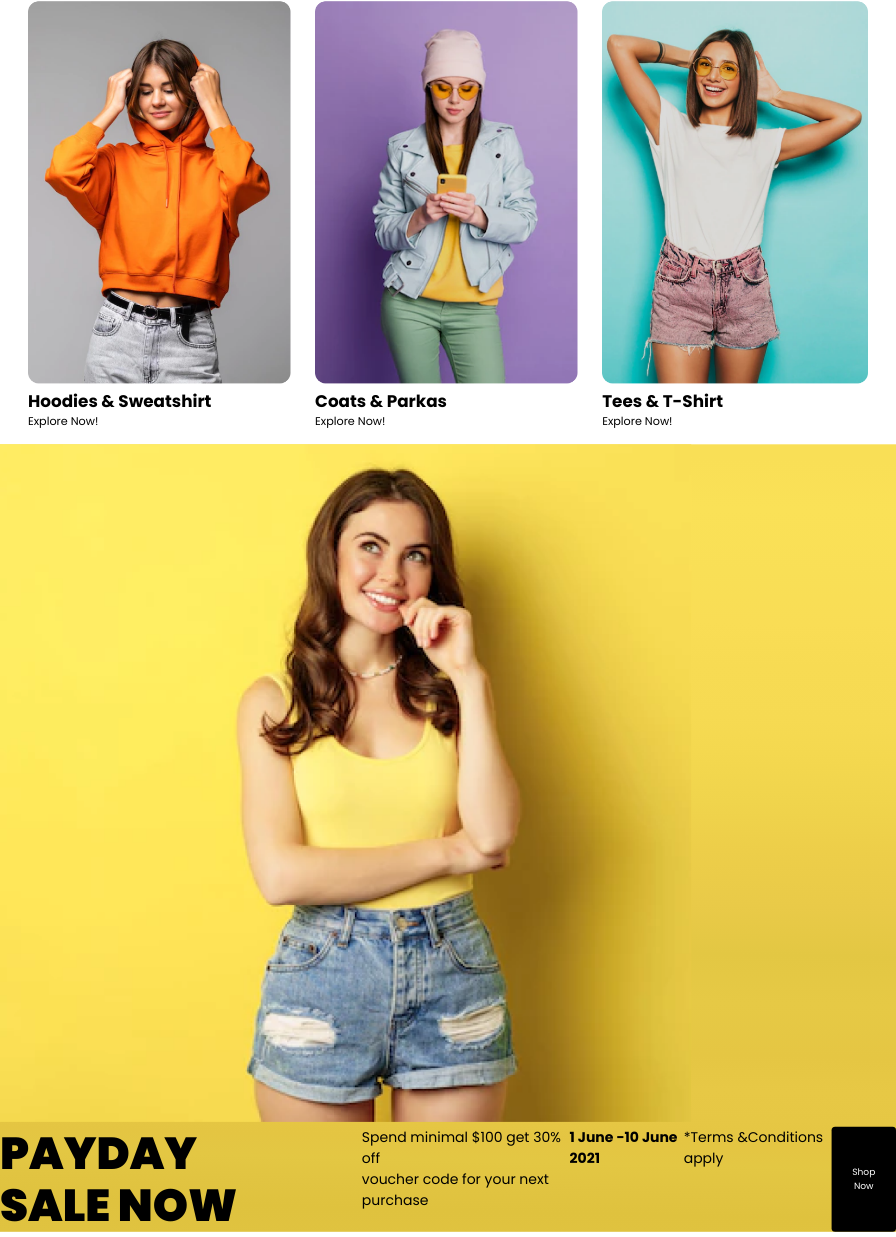
Repository: isaacCodes1/FashionSite
Page: index.html
An editor plug-in stored every save of this project. The page is shown before and after a run of saves, followed by the edit.
The browser window is 1280 px wide. The pictures show the part of the page from y = 1004 to 2924 px (the page is 2771 px tall before and 2924 px after), at 70% of full size.

Above is the page before, as saved 2024-03-12 13:28:54.

After the next 2 saves:
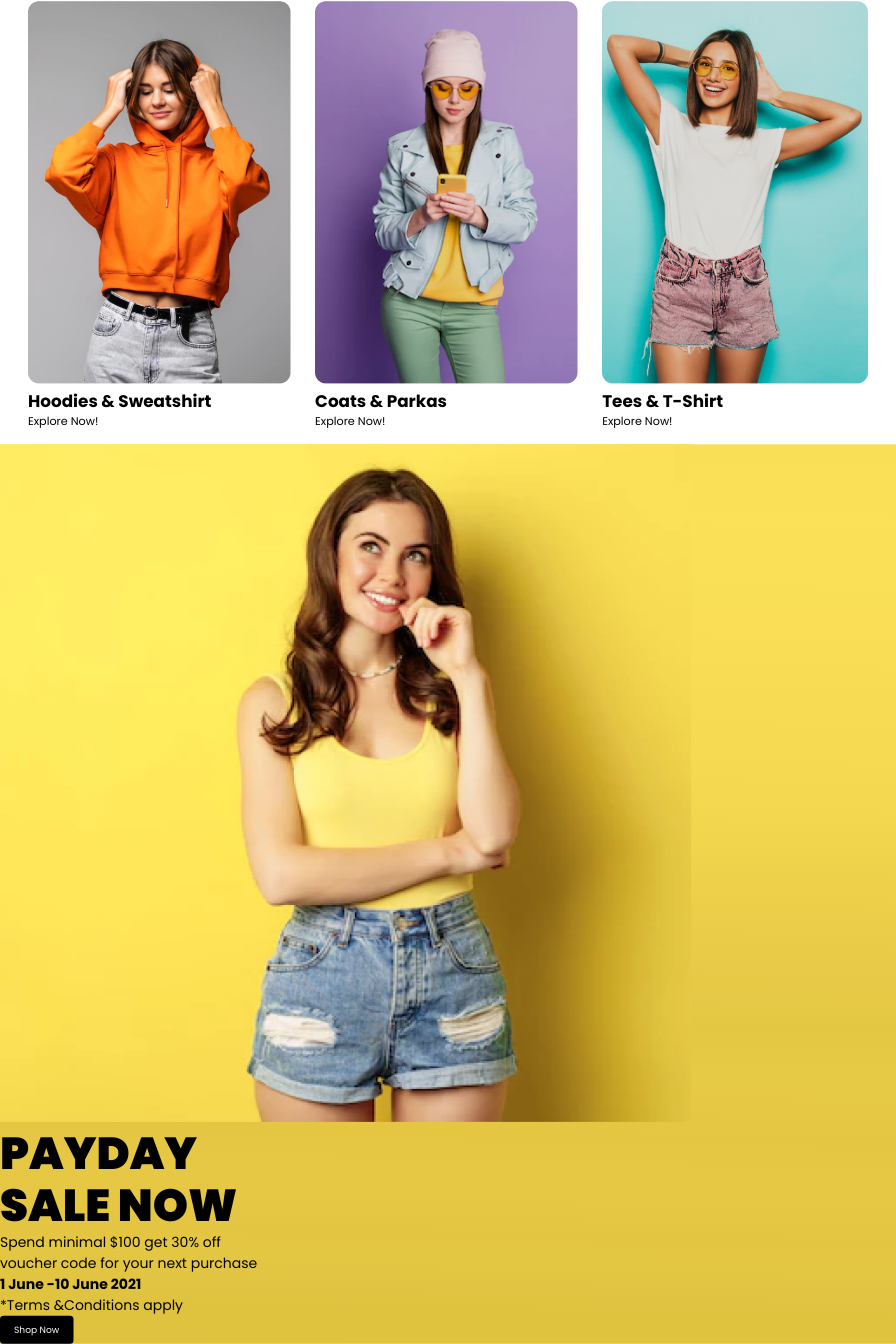
The 2 saves are shown as one change because they came seconds apart.
The last was saved 8 s later.
--- a/style.css
+++ b/style.css
@@ -206,8 +206,8 @@
   );
 }
 .yellowTxt{
-  display: flex;
-  flex: 0.5;
+  /* display: flex; */
+  /* flex: 0.5; */
   /* flex-direction: column; */
   /* gap: 10px; */
   /* padding-left: 40px; */

After the 3 saves that followed:
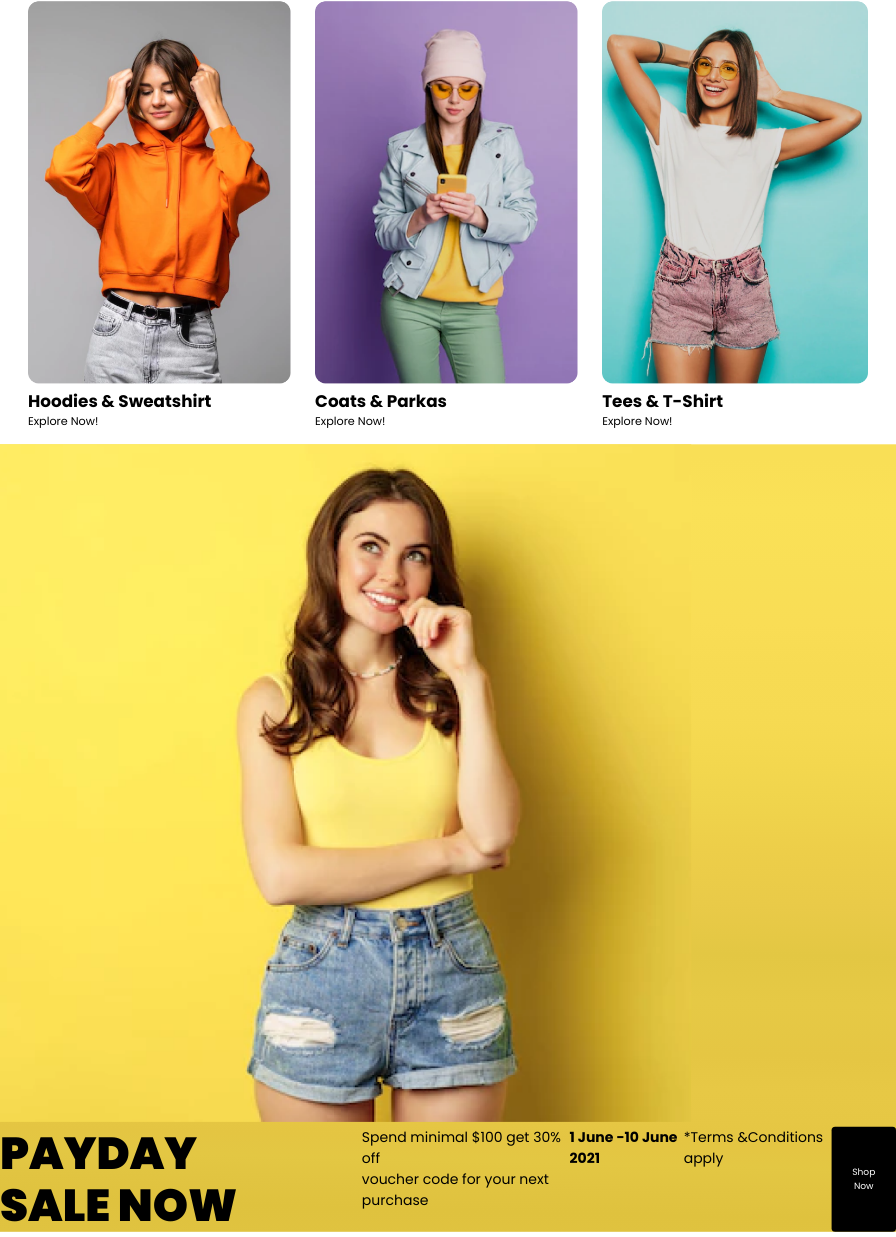
The 3 saves are shown as one change because they came seconds apart.
The last was saved 12 s later.
--- a/style.css
+++ b/style.css
@@ -206,7 +206,7 @@
   );
 }
 .yellowTxt{
-  /* display: flex; */
+  display: flex;
   /* flex: 0.5; */
   /* flex-direction: column; */
   /* gap: 10px; */
